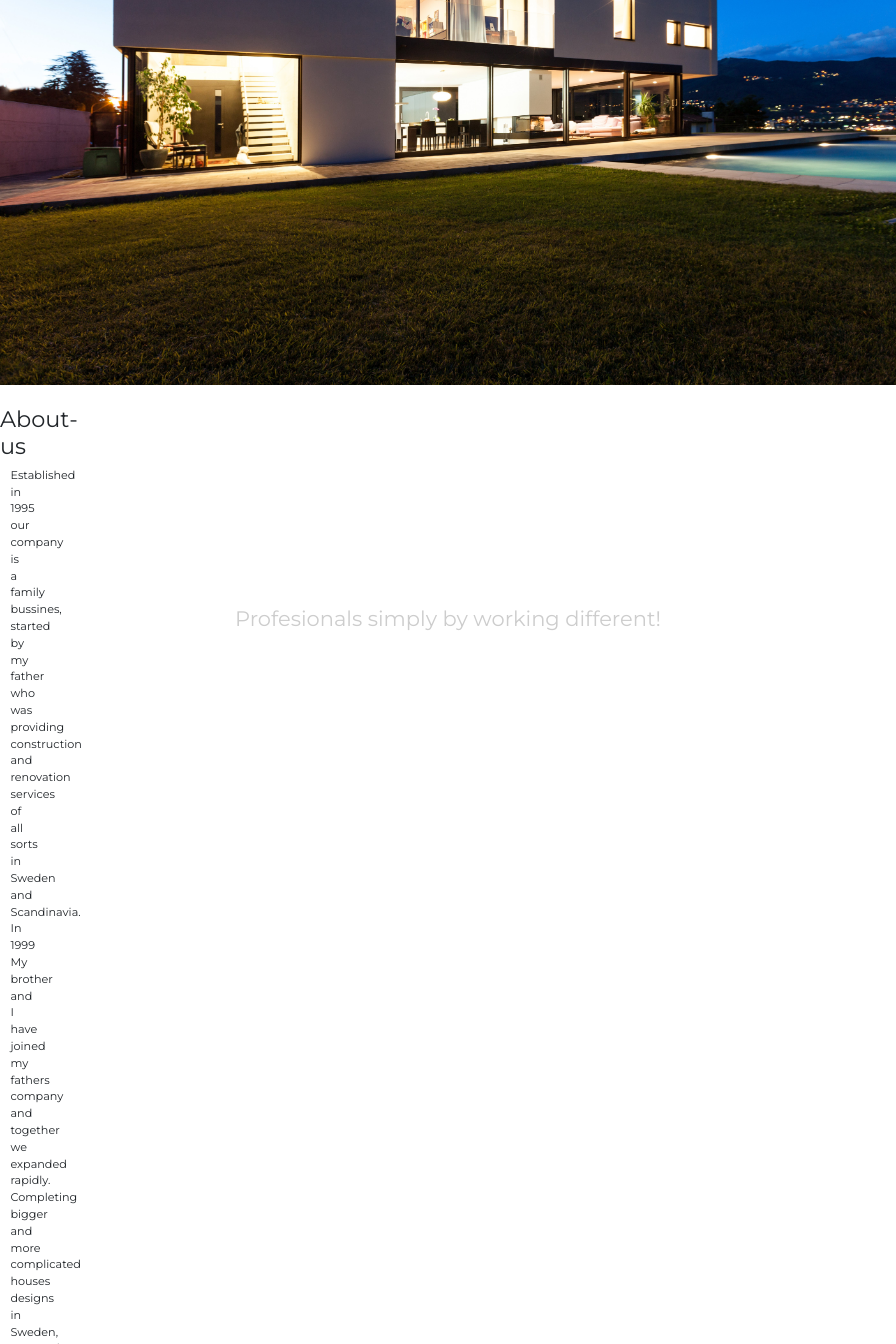
Repository: Bartie1982/milestone-project-1
Page: index.html
The author's editor kept a record of every edit. The page is drawn from the files as they stood at one moment, then again after the next edit.
The browser window is 1280 px wide. The pictures show the part of the page from y = 300 to 2220 px (the page is 5295 px tall), at 70% of full size.

Above is the page before.

### index.html
<!DOCTYPE html>
<html lang="en">

<head>
    <meta charset="UTF-8">
    <meta name="viewport" content="width=device-width, initial-scale=1.0">
    <meta http-equiv="X-UA-Compatible" content="ie=edge">
    <link rel="stylesheet" href="https://stackpath.bootstrapcdn.com/bootstrap/4.3.1/css/bootstrap.min.css" type="text/css" />
    <link rel="stylesheet" href="https://stackpath.bootstrapcdn.com/font-awesome/4.7.0/css/font-awesome.min.css" type="text/css" />
    <link rel="stylesheet" href="assets/css/style.css" type="text/css" />
    <title>BsBygg</title>
</head>

<body>
    <header>
        <div class="container-fluid">
            <div class="row">
                    <div class="col-lg-12 col-md-12 col-xs-12 d-flex">
                        <a href="index.html">
                        <img class="img logo sticky-top" src="./assets/images/logo1.png" alt="Bs.bygg">
                        </a>
                        <nav class="navbar navbar-expand-xl navbar-dark">
                            <a class="navbar-brand" href="index.html">Bs bygg</a>
                                <button class="navbar-toggler" type="button" data-toggle="collapse" data-target="#navbarNav" aria-controls="navbarNav" aria-expanded="false" aria-label="Toggle navigation">
                                     <span class="navbar-toggler-icon"></span>
                                </button>
                                <div class="collapse navbar-collapse" id="navbarNav">
                                    <ul class="navbar-nav">
                                        <li class="nav-item">
                                            <a class="nav-link" href="#about-us">About us</a>
                                        </li>
                                        <li class="nav-item">
                                            <a class="nav-link" href="#our-jobs">Our jobs</a>
                                        </li>
                                        <li class="nav-item">
                                            <a class="nav-link" href="#our-fundamentals">Our fundamentals</a>
                                        </li>
                                        <li class="nav-item">
                                            <a class="nav-link" href="#testimonials">Testimonials</a>
                                        </li>
                                        <li class="nav-item">
                                            <a class="nav-link" href="#contact">Contact</a>
                                        </li>
                                    </ul>
                                </div>
                        </nav>
                    </div>
            </div>
        </div>
            <div class="h-75 d-inline-block col-lg-12 col-xs-12 d-flex justify-content-center quote">
                        <p class="align-self-end">Profesionals simply by working different!</p>
            </div>
    </header>

    <section>
        <div class="d-flex justify-content-center" id="about-us">
            <div class="col-md-8 about-us">
                <h2>About-us</h2>

                <p class="col-md-12 text-space">Established in 1995 our company is a family bussines,
                started by my father who was providing construction and renovation services of all sorts in Sweden and Scandinavia.
                In 1999 My brother and I have joined my fathers company and together we expanded rapidly.
                Completing bigger and more complicated houses designs in Sweden, Danmark, Uk, Poland and Canada over time  we were growing and evolving to get framing and construction projects ahead simultaneously remaning in renovation business.
                We are a highly-qualified profesional construction and renovation team, with over forty years of experience in building field known for our service quality as well as time of completing our projects.
                </p>

            </div>
        </div>

        <div class="row">
            <div class="col-md-12 h-line4">
                <hr>
            </div>
        </div>

    </section>
    <section>
        <div class="row" id="our-jobs">
            <div class="col-md-12 Our-jobs">
                <h2>Our jobs</h2>
                    <div class="row d-flex justify-content-around">
                        <div class="col-sm-12 col-md-12 col-lg-4">
                            <div class="polaroid">
                        <img src="./assets/images/balsta-light.jpg" alt="Full framing" style="width:100%">
                             <div class="container p">
                             <p>Full framing</p>
                             </div>
                       </div>
                        </div>
                        <div class="col-sm-12 col-md-12 col-lg-4">
                            <div class="polaroid">
                        <img src="./assets/images/akersberga-ed.jpg" alt="Extensions" style="width:100%">
                             <div class="container p">
                             <p>Extensions</p>
                             </div>
                       </div>
                        </div>
                        <div class="col-sm-12 col-md-12 col-lg-4">
                            <div class="polaroid">
                        <img src="./assets/images/tak-arbetet-ed.jpg" alt="Roofing" style="width:100%">
                             <div class="container p">
                             <p>Roofing</p>
                         </div>
                        </div>
                    </div>
                </div>
            </div>
        </div>
    </section>
    <section>
        <div class="row">
            <div class="col-md-12 h-line3">
                <hr>
            </div>
        </div>
        <div class="row d-flex justify-content-center" id="our-fundamentals">
            <div class="col-md-8 our-fundamentals">
                <h2>Our fundamentals</h2>

                <p class="col-md-12 text-space">We are proud to present our philosophy and style created by years of experience as well as different locations of our services.
                Implementing  Canadian remarkable approach of extreme organisation and management.
                Combining with Polish work productivity and Scandinavian precision makes us known for high quality services simultaneously reducing times and costs.
                Naturally learning of all kinds of materials and techniques used in different countries while providing our services, generates a lot more knowledge used in building process than other companies. Offering even more
                cost reduction and increasing profitability for our clients.
                </p>
            </div>
        </div>

        <div class="row">
            <div class="col-md-12 h-line4">
                <hr>
            </div>
        </div>
    </section>
    <section>
        <div class="row" id="testimonials">
            <div class="col-md-12 Testimonials">
                <h2>Testimonials</h2>
                    <div class="row people d-flex justify-content-around">
                        <div class="col-sm-12 col-md-4 person">
                            <img class="img-fluid" src="./assets/images/Face 6.jpg" alt="Peter">
                            <p class="text-space"><i>"It's verry professional company with services worth recomending to everyone."</i><br><b>PETER</b></p>
                        </div>
                        <div class="col-sm-12 col-md-4 person">
                            <img class="img-fluid" src="./assets/images/Face 4.jpg" alt="Henrik">
                            <p class="text-space"><i>"Very good prepared and colaborative, I could see right away I have been hired profesionals."</i><br><b>HENRIK</b></p>
                        </div>
                        <div class="col-sm-12 col-md-4 person">
                            <img class="img-fluid" src="./assets/images/Face 7.jpg" alt="Frida">
                            <p class="text-space">"<i>Work was well planed, well orginased and definetly quick and clean."</i><br><b>FRIDA</b></p>
                        </div>
                    </div>
            </div>
                <div class="row">
                    <div class="col-md-12 h-line4">
                        <hr>
                    </div>
                </div>
    </section>
    <footer class="container-fluid" id="contact">
        <div class="row">
                <div class="col-lg-6 col-md-6 col-sm-12 mx-auto">
                    <h4 class="general-sub w-50 mx-auto">Contact</h4>

                        <div class="w-50 mx-auto">
                            <div>
                            <p><b>Email:</b> contact@bsbygg.com</p>
                            </div>
                            <div>
                            <p><b>Mobile:</b> 0704645042 </p>
                            </div>
                            <div>
                            <p><b>Adress:</b> Petersbergsvagen 5 <br>185 34 Vaxholm</p>
                        </div>
                </div>
        </div>
            <div class="col-lg-6 col-md-6 col-sm-12 social mx-auto">
                <h4 class="general-sub w-50 mx-auto">Social</h4>
                <ul class="list-inline social-links w-50 mx-auto">
                <li class="list-inline-item">
                    <a target="_blank" href="https://www.linkedin.com/">
                        <i class="fa fa-linkedin" aria-hidden="true"></i>
                        <span class="sr-only">Linkedin</span>
                    </a>
                </li>

                <li class="list-inline-item">
                    <a target="_blank" href="https://www.facebook.com/">
                        <i class="fa fa-facebook" aria-hidden="true"></i>
                        <span class="sr-only">Facebook</span>
                    </a>

                </li>
                <li class="list-inline-item">
                    <a target="_blank" href="https://www.pinterest.com/">
                        <i class="fa fa-pinterest" aria-hidden="true"></i>
                        <span class="sr-only">Pinterest</span>
                    </a>
                </li>
                <li class="list-inline-item">
                    <a target="_blank" href="https://www.instagram.com/">
                        <i class="fa fa-instagram" aria-hidden="true"></i>
                        <span class="sr-only">Instagram</span>
                    </a>
                </li>

                </ul>
            </div>
        </div>
        <div class="d-flex justify-content-center">
            <p class="">All rights reserved  Bartosz Szkaradzinski 2020</p>
        </div>
    </footer>
</body>

</html>

### assets/css/style.css
@import url('https://fonts.googleapis.com/css?family=Montserrat&display=swap:100,200,300,400,500,600,700|Exo:100,200,300,400,500,600,700');


/*----------------------------------------------Colours*/
.bg-color-name-title {
      color: #000234;
}



/*----------------------------------------------Heading*/

html, body {
    width: 100vw;
    overflow-x: hidden;
    overflow-y: auto;
}

header {
    margin: 0;
    background: url("../images/Villa1.jpg");
    background-repeat: no-repeat;
    background-size: cover;
    height: 850px;

}

.logo {
    float: right;
    background-repeat: no-repeat;
    background-size: 30px;
    min-height: 20px;
    height: 50px;
    margin-top: 20px;
    margin-right: 10px;

}

.navbar {
    margin-top: 13px;
    margin-left: 60px;
}

.navbar-dark {
    position: relative;
    font-size: 22px;

}

.navbar-brand {
    margin-bottom: 8px;
    font-size: 25px;

}

.quote {
    float: right;
    margin-top: 500px;
    margin-left: auto;
    margin-right: auto;
    color: #cdcdcd;
    font-family: "Exo", Montserrat;
    font-weight: 100;
    font-size: 30px;

}


/*----------------------------------------------About us*/

.about-us {

    font-family: "Exo", Montserrat;
    margin-top: 30px;
    text-align: center;
    min-height: 300px;

}

/*----------------------------------------------Our fundamentals*/



.our-fundamentals {
    font-family: "Exo", Montserrat;
    margin-top: 30px;
    text-align: center;
    min-height: 300px;
}




/*----------------------------------------------Our jobs*/

.polaroid {
  width: 250px;
  box-shadow: 0 4px 8px 0 rgba(0, 0, 0, 0.2), 0 6px 20px 0 rgba(0, 0, 0, 0.19);
  text-align: center;
  margin: 30px auto 30px auto;

}

.Our-jobs {
    font-family: "Exo", Montserrat;
    margin-top: 30px;
    text-align: center;
    min-height: 300px;

}


/*----------------------------------------------Testimonials*/

.container p {
  padding: 25px;
}
.people {
    margin-top:20px;
    margin-bottom: 40px;
}
.person {

    height: inherit;
    margin-bottom: 30px;
}
.person img {
    width: 50%;
    margin-left: auto;
    margin-right: auto;
}
.person p {
    padding-left: 30px;
    padding-right: 30px;
}


.name {
    font-family: "Exo", Montserrat;
    background-position: center;
    margin-top: 50px;
    font-weight: 100;
    min-height: 100px;
    font-size: 46px;
    color: #fff;

}

.Testimonials {
    font-family: "Exo", Montserrat;
    margin-top: 30px;
    text-align: center;
    min-height: 300px;

}

/*----------------------------------------------Spacers/lines/margins/paddings/text */

h1,
h2,
h3,
h4 {
       margin: 0;
}



hr {
    background-color: grey;
    height: 1px;
    border: 0; }

.h-line3 {
    margin-top: 0;

}

.h-line4 {
    margin-top: 1%;
}

.text-space {
    margin-top: 10px;
    margin-bottom: 10px;
}

.general-sub {
    margin-top: 20px;
    margin-bottom: 10px;
    color: #fafafa;
    font-family: "Exo", Montserrat;
    font-weight: 300;

}

.inline-block {
    display: inline-block;

}

/*----------------------------------------------Footer*/

footer {
    background-color: #525252;
    color: #fafafa;
    min-height: 240px;
}

.contact {
    margin-left: auto;
    margin-right: auto;

}

.quote-pdf i {
    font-size: 20px;
    color: #fafafa;
    text-align: center;
    padding-left: 8px;
    transition: all 0.45s ease-in;
    -moz-transition: all 0.45s ease-in;
    -webkit-transition: all 0.45s ease-in;
    -o-transition: all 0.45s ease-in;
}

.quote-pdf i:hover {
    color: #40A8AF;

}
.social {
     margin-right: auto;
     margin-left: auto;
}

.social-links li a i {
    width: 30px;
    height:30px;
    padding: 15px;
    border-radius: 15%;
    font-size: 15px;
    line-height: 10px;
    text-align: center;
    color: #fafafa;
    background: #8f8f8f;
    transition: all 0.35s ease-in;
    -moz-transition: all 0.35s ease-in;
    -webkit-transition: all 0.35s ease-in;
    -o-transition: all 0.35s ease-in;
}

.social-links li a i:hover {
    background: #40A8AF;
}

After the next edit:
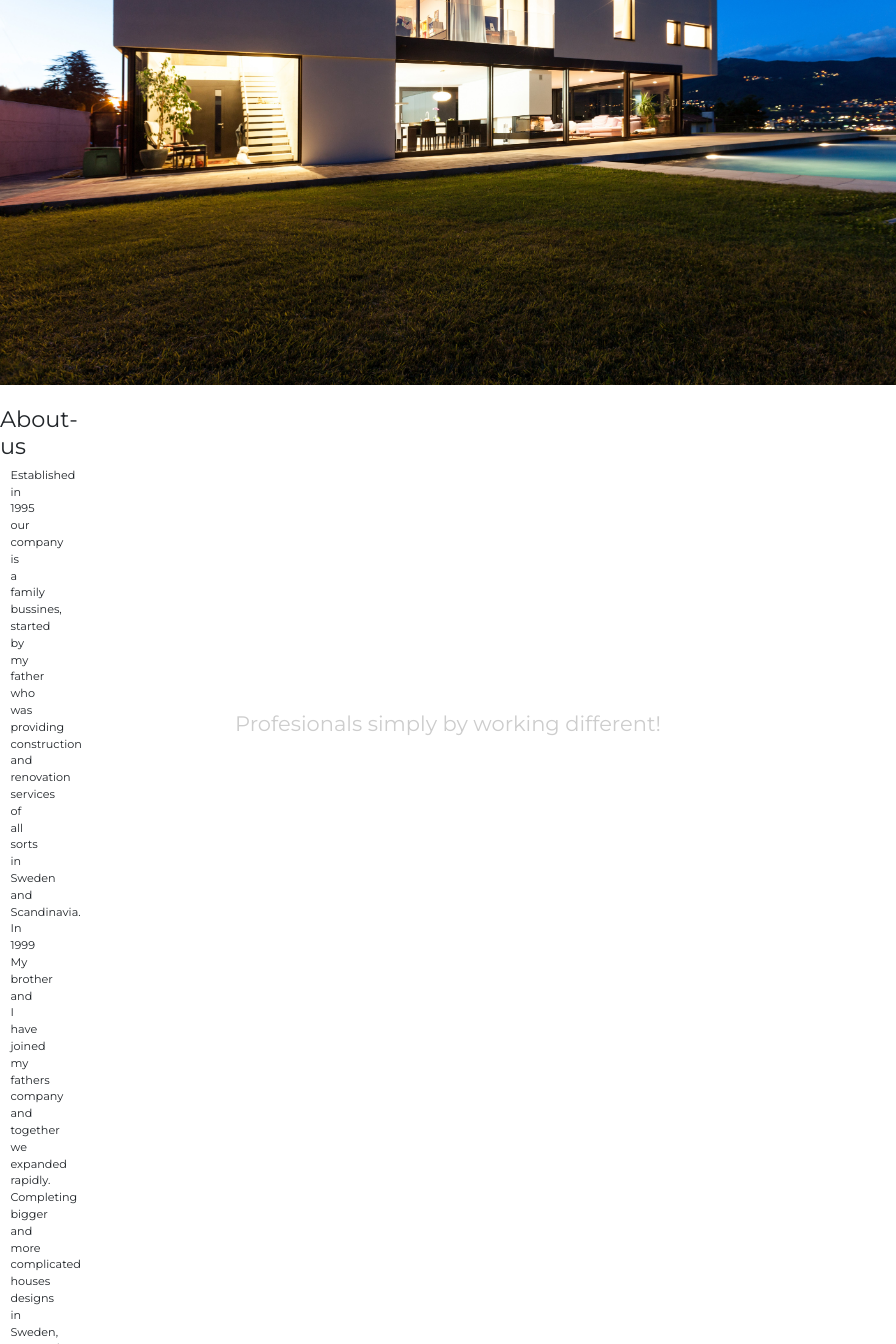
The edit:
--- a/assets/css/style.css
+++ b/assets/css/style.css
@@ -55,7 +55,7 @@
 
 .quote {
     float: right;
-    margin-top: 500px;
+    margin-top: 650px;
     margin-left: auto;
     margin-right: auto;
     color: #cdcdcd;
